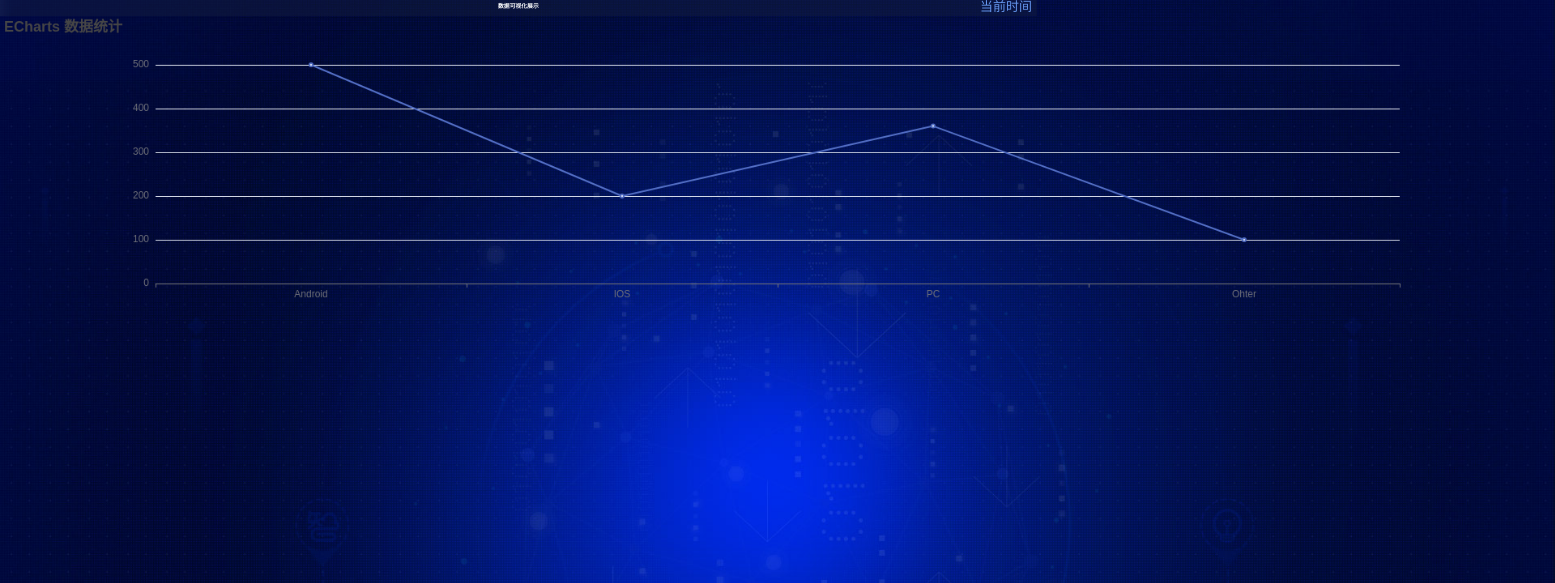
Repository: jiang-1990/DataVM
Page: /
The author's editor kept a copy of each file at every save. The page is drawn from the files as they stood at one save, then again after the next save.
The browser window is 1280 px wide. The page is 1920 px wide, so the pictures cover 1920 px, including what lies to the right of the window. The pictures show the whole page, at 81% of full size.
The project was rebuilt for these pictures with package versions that can differ from the ones it lists, and the page was loaded fresh each time.

Above is the page before, as saved 2021-08-23 11:09:17.

### index.html
<!DOCTYPE html>
<html>
  <head>
    <meta charset="utf-8">
    <meta name="viewport" content="width=device-width,initial-scale=1.0">
    <title>mydatam</title>
  </head>
  <body>
    <div id="app"></div>
    <!-- built files will be auto injected -->
  </body>
</html>

### src/App.vue
<template>
  <div id="app">
    <router-view/>
  </div>
</template>

<script>
export default {
  name: 'App'
}
</script>

<style>
body{
  margin: 0;
  padding: 0;
}
#app ,body,html{
  height: 100%;
  background-image: url('assets/bg.jpg') ;
  background-Repeat : 'no-repeat';
  background-Size : '100% 100%';
}
</style>

### src/router/index.js
import Vue from 'vue'
import Router from 'vue-router'
import bigScreen from '@/components/bigScreen'

Vue.use(Router)

export default new Router({
  routes: [
    {
      path: '/',
      name: 'bigScreen',
      component: bigScreen
    }
  ]
})

### src/components/bigScreen.vue
<template>
  <div>
    <div class="top">
      <h1>数据可视化展示</h1>
      <span class="time">当前时间</span>
    </div>
    <div id="myChart" style="width:1920px; height: 400px;"></div>
  </div>
</template>

<script>
// 引入echarts
var echarts = require('echarts')
export default {
  data () {
    return {

    }
  },
  mounted(){
    this.createchart()
  },
  created() {

  },
  methods:{
    createchart(){
      var myChart = echarts.init(document.getElementById('myChart'))
      console.log(myChart)
      var option = {
            title:{
                text:'ECharts 数据统计'
            },
            tooltip:{},
            legend:{
                data:['用户来源']
            },
            xAxis:{
                data:["Android","IOS","PC","Ohter"]
            },
            yAxis:{

            },
            series:[{
                name:'访问量',
                type:'line',
                data:[500,200,360,100]
            }]
        };

        //使用制定的配置项和数据显示图表
        myChart.setOption(option);
    },
  }
}
</script>

<style scoped>
@import '../css/bigScreen.css';
</style>

### src/css/bigScreen.css
* {
  margin: 0;
  padding: 0;
  box-sizing: border-box;
}
li {
  list-style-type: none;
}
.top {
  height: 1.25rem;
  background: url(../assets/head_bg.png) no-repeat;
  box-sizing: 100% 100%;
  position: relative;
}
.top h1 {
  font-size: 0.45rem;
  line-height: 1rem;
  color: #ffffff;
  text-align: center;
}
.top .time {
  line-height: 0.9375rem;
  position: absolute;
  right: 0.375rem;
  top: 0;
  color: cornflowerblue;
}
.mainBox {
  min-width: 1024px;
  max-width: 1920px;
  margin: 0 auto;
  display: flex;
  padding: 0.25rem 0.125rem 0;
}
.mainBox .culonm {
  flex: 3;
}
.mainBox .culonm:nth-child(2) {
  flex: 5;
  margin: 0 0.125rem 0.1875rem;
}
.mainBox .panl {
  position: relative;
  height: 3.875rem;
  border: 0.0125rem solid rgba(25, 186, 139, 0.17);
  background: url(../assets/line.png) rgba(255, 255, 255, 0.03);
  padding: 0 0.1875rem 0.25rem;
  margin-bottom: 0.25rem;
}
.mainBox .panl::before {
  position: absolute;
  top: 0;
  left: 0;
  width: 10px;
  height: 10px;
  border-left: 1px solid #02a6b5;
  border-top: 1px solid #02a6b5;
  content: "";
}
.mainBox .panl::after {
  position: absolute;
  top: 0;
  right: 0;
  width: 10px;
  height: 10px;
  border-right: 1px solid #02a6b5;
  border-top: 1px solid #02a6b5;
  content: "";
}
.mainBox .panl .zhuanjiao {
  width: 100%;
  height: 10px;
  position: absolute;
  bottom: 0px;
  left: 0;
}
.mainBox .panl .zhuanjiao::before {
  position: absolute;
  top: 0;
  left: 0;
  width: 10px;
  height: 10px;
  border-left: 1px solid #02a6b5;
  border-bottom: 1px solid #02a6b5;
  content: "";
}
.mainBox .panl .zhuanjiao::after {
  position: absolute;
  top: 0;
  right: 0;
  width: 10px;
  height: 10px;
  border-right: 1px solid #02a6b5;
  border-bottom: 1px solid #02a6b5;
  content: "";
}
.mainBox .panl h2 {
  font-size: 0.25rem;
  color: #ffffff;
  line-height: 0.5rem;
  text-align: center;
  height: 0.5rem;
  font-weight: 400;
}
.mainBox .panl .chart {
  height: 3.25rem;
}
.mainBox .num {
  background: rgba(101, 132, 226, 0.1);
  padding: 0.1875rem;
}
.mainBox .num .num-hd {
  position: relative;
  margin: 0.125rem;
  border: 1px solid rgba(25, 186, 139, 0.17);
}
.mainBox .num .num-hd::before {
  position: absolute;
  top: 0;
  left: 0;
  width: 10px;
  height: 10px;
  border-left: 1px solid #02a6b5;
  border-top: 1px solid #02a6b5;
  content: "";
}
.mainBox .num .num-hd::after {
  position: absolute;
  bottom: 0;
  right: 0;
  width: 10px;
  height: 10px;
  border-right: 1px solid #02a6b5;
  border-bottom: 1px solid #02a6b5;
  content: "";
}
.mainBox .num .num-hd ul {
  display: flex;
}
.mainBox .num .num-hd ul li {
  flex: 1;
  line-height: 1rem;
  font-size: 0.875rem;
  color: #ffeb7b;
  text-align: center;
  font-family: electronicFont;
}
.mainBox .num .num-hd ul li:nth-child(1) {
  position: relative;
}
.mainBox .num .num-hd ul li:nth-child(1)::after {
  position: absolute;
  top: 25%;
  right: 0;
  height: 50%;
  border-right: 1px solid #02a6b5;
  content: "";
}
.mainBox .num .num-bd {
  position: relative;
}
.mainBox .num .num-bd ul {
  display: flex;
}
.mainBox .num .num-bd ul li {
  flex: 1;
  line-height: 0.5rem;
  font-size: 0.225rem;
  color: rgba(255, 255, 255, 0.7);
  text-align: center;
}
.mainBox .map {
  height: 10.125rem;
  position: relative;
}
.mainBox .map .map1 {
  width: 6.475rem;
  height: 6.475rem;
  position: absolute;
  top: 50%;
  left: 50%;
  transform: translate(-50%, -50%);
  background: url(../assets/map.png);
  background-size: 100% 100%;
  opacity: 0.3;
}
.mainBox .map .map2 {
  width: 8.0375rem;
  height: 8.0375rem;
  position: absolute;
  top: 50%;
  left: 50%;
  transform: translate(-50%, -50%);
  background: url(../assets/lbx.png);
  background-size: 100% 100%;
  animation: rotatel1 20s linear infinite;
  opacity: 0.6;
}
@keyframes rotatel1 {
  from {
    transform: translate(-50%, -50%) rotate(0deg);
  }
  to {
    transform: translate(-50%, -50%) rotate(360deg);
  }
}
.mainBox .map .map3 {
  width: 7.075rem;
  height: 7.075rem;
  position: absolute;
  top: 50%;
  left: 50%;
  transform: translate(-50%, -50%);
  background: url(../assets/jt.png);
  background-size: 100% 100%;
  animation: rotatel2 15s linear infinite;
  opacity: 0.6;
}
@keyframes rotatel2 {
  from {
    transform: translate(-50%, -50%) rotate(0deg);
  }
  to {
    transform: translate(-50%, -50%) rotate(-360deg);
  }
}
.mainBox .map .chart {
  height: 10.125rem;
}

Loaded but not shown: src/main.js (common file)

After the next save:
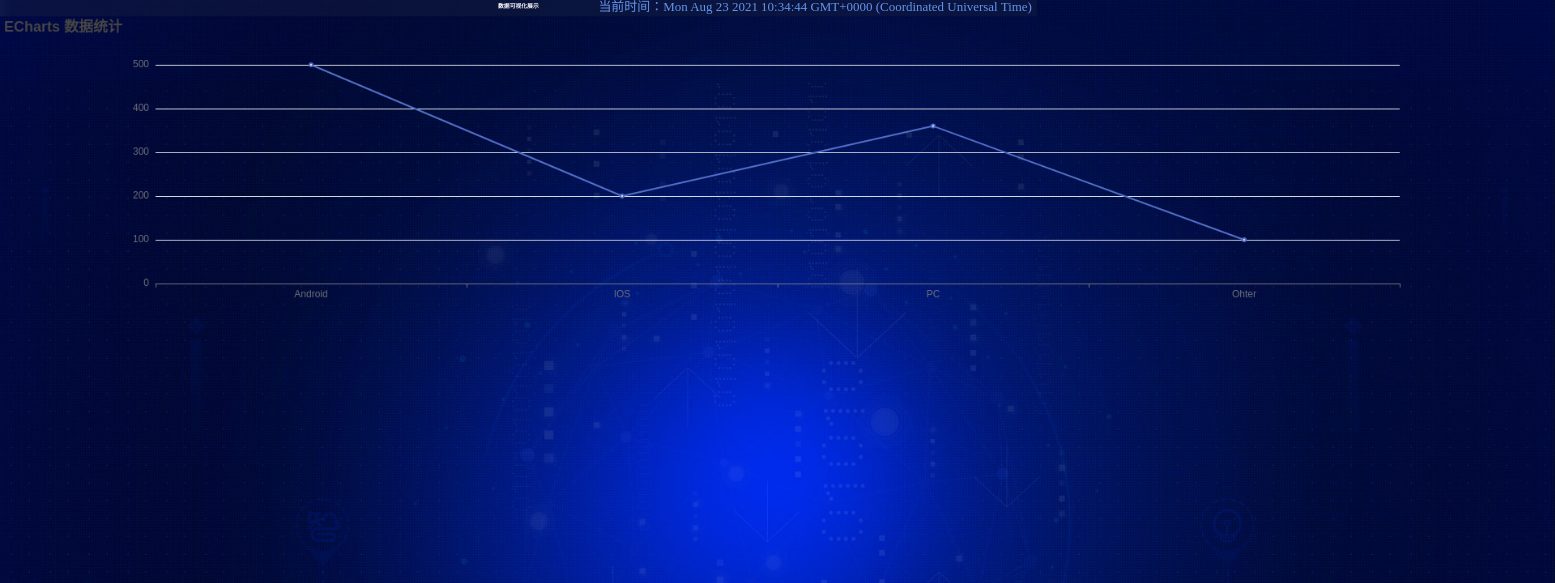
Saved 5 min 14 s later.
--- a/src/components/bigScreen.vue
+++ b/src/components/bigScreen.vue
@@ -2,7 +2,7 @@
   <div>
     <div class="top">
       <h1>数据可视化展示</h1>
-      <span class="time">当前时间</span>
+      <span class="time">当前时间：{{date|formatDate(this)}}</span>
     </div>
     <div id="myChart" style="width:1920px; height: 400px;"></div>
   </div>
@@ -14,7 +14,7 @@ var echarts = require('echarts')
 export default {
   data () {
     return {
-
+      date: new Date(),//当前日期
     }
   },
   mounted(){
@@ -24,6 +24,7 @@ export default {
 
   },
   methods:{
+    //
     createchart(){
       var myChart = echarts.init(document.getElementById('myChart'))
       console.log(myChart)
